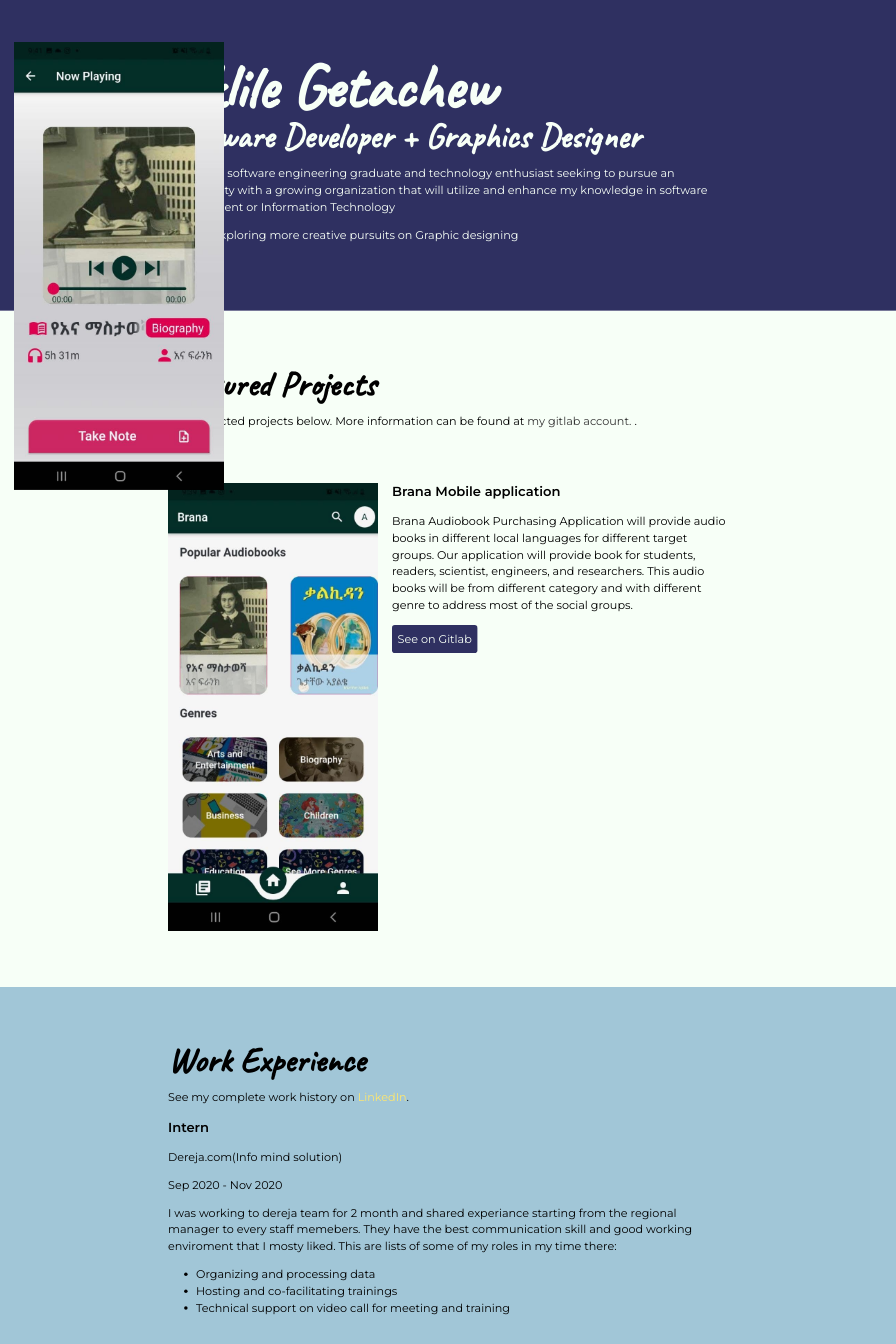
Repository: Aklilegetachew/my-Portfolio
Page: index.html
The author's editor kept a copy of each file at every save. The page is drawn from the files as they stood at one save, then again after the next save.
The browser window is 1280 px wide. The pictures show the part of the page from y = 0 to 1920 px (the page is 3389 px tall), at 70% of full size.

Above is the page before, as saved 2021-11-23 19:58:16.

### index.html
<!DOCTYPE html>
<html lang="en">
  <head>
    <meta charset="UTF-8">
    <meta name="viewport" content="width=device-width, initial-scale=1.0">
    <title>Aklile Getachew, Software Engineer</title>
     <link href="https://fonts.googleapis.com/css?family=Caveat|Montserrat:400,600&display=swap" rel="stylesheet">
    <link rel="stylesheet" href="css/styles.css">
  </head>
  <body>
    <main>
      <!-- ***********************  ABOUT / PROFILE  *********************** -->
      <header>
        <div class="content-wrap">
          <h1>Aklile Getachew</h1>
          <h2>Software Developer + Graphics Designer</h2>

          <p>Motivated software engineering graduate and technology enthusiast seeking
            to pursue an opportunity with a growing organization that will utilize and
            enhance my knowledge in software development or Information Technology</p>
          <p>I’m also exploring more creative pursuits on Graphic designing </p>
        </div>
      </header>

      <!-- ********************  PROJECTS / PORTFOLIO  ********************* -->
      <section class="projects">
        <div class="content-wrap divider">
          <h2>Featured Projects</h2>
          <p>View selected projects below. More information can be found at <a href="http://christinatruong.com">my gitlab account. </a>.</p>

          <!-- Project 1 -->
          <section class="project-item">
            <div class="image-stack">
              <img src="images/brana-home.jpg" alt="brana-home-page"></div>
              <div class="image-stack-front"><img src="images/brana-play.jpg" alt="brana-play-page">
            </div>
            <h3>Brana Mobile application</h3>
            <p>Brana Audiobook Purchasing Application will provide audio books in different local languages
              for different target groups. Our application will provide book for students, readers, scientist,
              engineers, and researchers. This audio books will be from different category and with different
              genre to address most of the social groups.</p>
            <a class="btn" href="https://gitlab.com/bisrathailu793/brana/-/tree/master" target="_blank">See on Gitlab </a>
          </section>

          <!-- Project 2
          <section class="project-item">
            <img src="images/project-women-tech.jpg" alt="website thumbnail">
            <h3>Women&&Tech</h3>
            <p>Women&&Tech was launched in 2012 to feature interviews with different women working in the tech industry. I became familiar with them when I was invited to be one of the interviewees! A few years later, I joined the team and helped with the relaunch of the site as the front-end architect.</p>
            <a class="btn" href="http://christinatruong.com/projects/women-and-tech-redesign.html" target="_blank">View the case study</a>
          </section>

           Project 3
          <section class="project-item">
            <img src="images/project-wire-ipsum.jpg" alt="website thumbnail">
            <h3>The Wire Ipsum</h3>
            <p>After coming back from teaching a JavaScript workshop, I felt inspired to create something just for fun. I realized that of all the content/lorem ipsum generators available, there was nothing for HBO’s The Wire fans. I searched for <a href="http://thewireipsum.com" target="_blank">thewireipsum.com</a> domain and it was available! Generate some content for your projects today.</p>
            <a class="btn" href="http://thewireipsum.com" target="_blank">View live site</a>
          </section>-->
        </div>
      </section>

      <!-- ***********************  WORK EXPERIENCE  *********************** -->
      <section class="work-experience">
        <div class="content-wrap divider">
          <h2>Work Experience</h2>
          <p>See my complete work history on <a href="https://www.linkedin.com/in/aklile-getachew-673050181/">LinkedIn</a>.</p>

          <!-- Job 1 -->
          <section class="job-item">
            <div class="job-details">
              <h3>Intern</h3>
              <p>Dereja.com(Info mind solution) </p>
              <p>Sep 2020 - Nov 2020</p>
            </div>
            <div class="job-summary">
              <p>I was working to dereja team for 2 month and  shared experiance starting from the regional manager to every staff memebers. They have the best communication skill and good working enviroment that I mosty liked. This are lists of some of my roles in my time there:</p>
              <ul>
                <li>Organizing and processing data</li>
                <li>Hosting and co-facilitating trainings</li>
                <li>Technical support on video call for meeting and training</li>
              </ul>
            </div>
          </section>
        </div>
      </section>

      <!-- ******************  EDUCATION & CERTIFICATIONS ****************** -->
      <section class="education item-details">
        <div class="content-wrap">
          <h2>Education</h2>

          <section>
            <h3>BACHELOR OF SCIENCE, SOFTWARE ENGINEERING</h3>
            <p>Addis Ababa Science and Technology University, 2021</p>
            <p>4 year full-time program covering all the software development lifecycle.</p>
          </section>

          <section>
            <h3>Elementery to Secondary School</h3>
            <p>Super Holy Saviour, 2000-2018</p>
            <p>Addis Ababa, Ethiopia </p>
          </section>
        </div>
      </section>

      <!-- ******************  E X T R A C U R R I C U L A R A C T I V I T Y ****************** -->
      <section class="extracurricular">
        <div class="content-wrap">
          <h2>Extracurricular activity</h2>

          <section>
            <h3>Marketing and Communication</h3>
            <p>AIESEC | Mar 2020
              <ul>
                <li>Content creation</li>
                <li>Social media management</li>
                <li>Graphics design</li>
                <li>Creating synergy between portfolios</li>
              </ul>
            </p>

          </section>
          <section>
            <h3>Dereja Academy Accerlrator program</h3>
            <p>Dereja.com | Oct 2020
              <ul>
                <li>Soft skill Training</li>
                <li>Hard skill Training</li>
                <li>Graphics design</li>
                <li>Basic Information Technology skill training</li>
              </ul>
            </p>

          </section>
        </div>
      </section>

      <!-- *****************  CONTACT INFO / SOCIAL MEDIA  ***************** -->
      <footer>
        <div class="content-wrap">
          <h2>Let's Keep in Touch!</h2>

          <!-- Social media and contact links. Add or remove any networks. -->
          <ul class="contact-list">
            <li><a href="aklilegetachew@gmail.com">aklilegetachew@gmail.com</a></li>
            <li><a href="https://www.linkedin.com/in/aklile-getachew-673050181/" target="_blank">LinkedIn Account</a></li>
            <li><a href="https://t.me/AKG47" target="_blank">Telegram</a></li>
          </ul>
        </div>
      </footer>
    </main>
  </body>
</html>

### css/styles.css
/*
COLOR PALETTE
https://coolors.co/f7fff7-343434-2f3061-ffe66d-a1c6d7
#F7FFF7 - almost white
#343434 - dark gray - almost black
#2F3061 - blue dark
#FFE66D - yellow
#A1C6D7 - blue light
#D05353 - indian red
*/

/* global
======================================================*/
img{
    width: 300px;
    height: 640px;
}
a{
    color: #FFE66D ;
    text-decoration: none;
}
body{
    margin: 0;
    padding: 0;
    font-family: 'Montserrat', sans-serif;
    line-height: 1.5em;
}
h1{
    font-size: 90px;
    margin: 0;

}
h2{
    margin: 0;
    font-size: 50px;
}
h1, h2 {
    font-family: 'Caveat', cursive;
    line-height: 1em;
}
.content-wrap{
    width: 800px;
    margin: 0 auto;
    padding: 80px 0;
}

/* Heading
======================================================*/
header{
    background-color: #2F3061 ;
    color: #F7FFF7;
}



/* projects
======================================================*/

.projects{
    background-color: #F7FFF7 ;

}

.project-item{
    clear: both;
    margin-top: 60px;
    display: inline-block;
}
.project-item h3{
    margin-top: 0;
}

.project-item img{
    float: left;
    margin-right: 20px;
    width: 300px;
    height: 640px;
}

.image-stack-back{
    position: relative;

    z-index: 100;
}

.image-stack-front{
    position: fixed;
    bottom: 20px;
    left: 20px;
    z-index: 200;
}


.projects a{
    color: #343434 ;

}
.projects .btn{
    color: #F7FFF7;
    background-color: #2F3061;
    text-decoration: none;
    padding: 8px;
    border-radius: 4px;
    display: inline-block;
}

/* Work experiance
=======================================================*/
.work-experience{
    background-color: #A1C6D7;

}


/* extracurricular
=======================================================*/
.extracurricular{
    background-color: #D05353;
    color: #F7FFF7;

}

/* footer
=======================================================*/
footer{
    background-color: #343434 ;
    color: #F7FFF7;
}

After the next save:
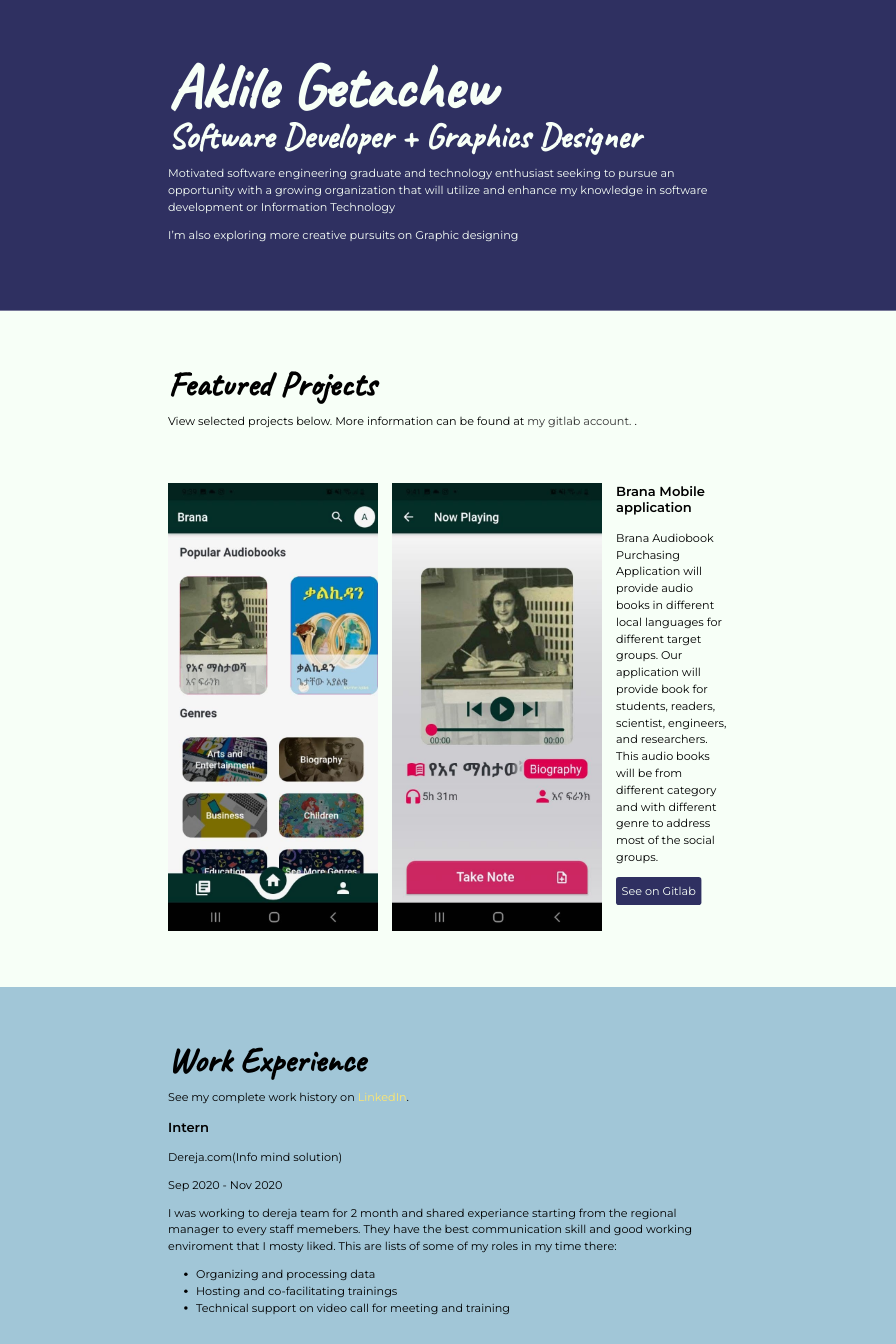
Saved 26 s later.
--- a/css/styles.css
+++ b/css/styles.css
@@ -84,7 +84,7 @@
 }
 
 .image-stack-front{
-    position: fixed;
+    position: static;
     bottom: 20px;
     left: 20px;
     z-index: 200;
